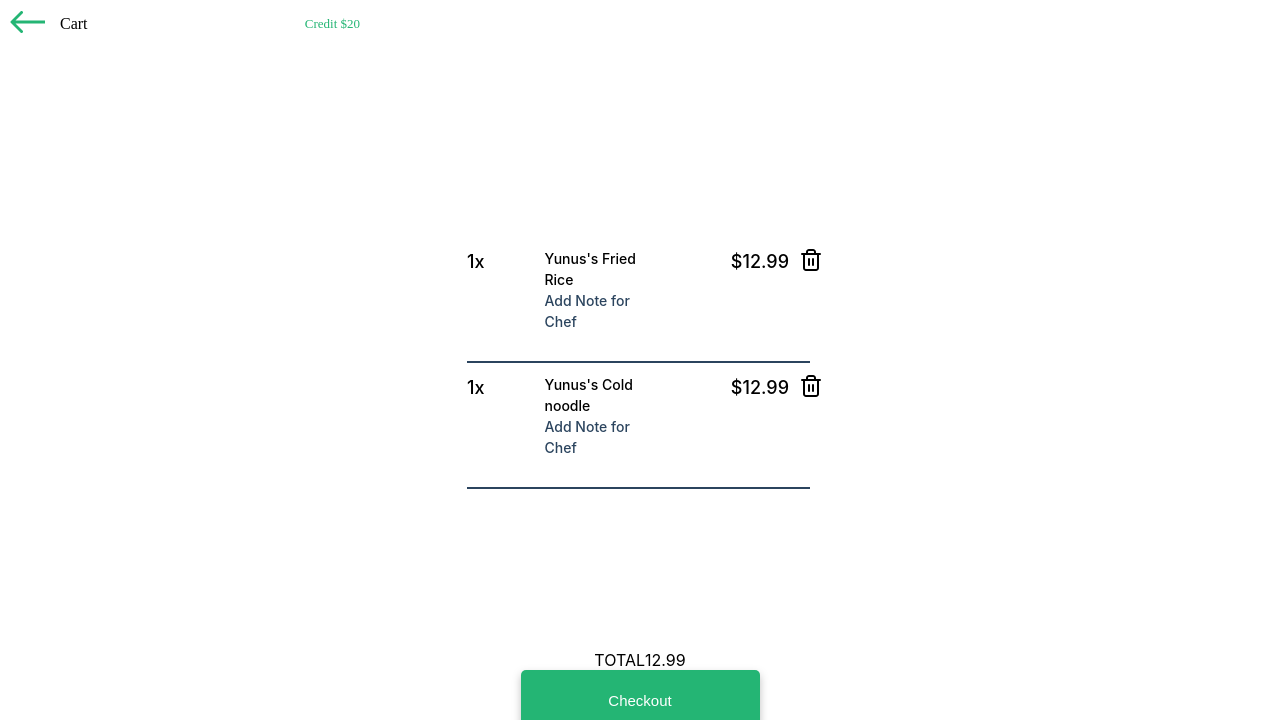
Repository: nguyenlejoe/HomeChef
Page: /OrderConfirmation (app in app/)
The author's editor kept a copy of each file at every save. The page is drawn from the files as they stood at one save, then again after the next save.
The browser window is 1280 px wide. The pictures show the whole page.
The project was rebuilt for these pictures with package versions that can differ from the ones it lists, and the page was loaded fresh each time.

Above is the page before, as saved 2020-11-06 13:25:16.

### app/src/App.js
import React from 'react';
//import logo from './logo.svg';
//import './App.css';
import Pages from './pages/Checkout';

function App() {
  return (
    <Pages />
  );
}

export default App;

### app/src/pages/Checkout.js
import React from 'react';
import './Checkout.scss';
import CheckoutItem from '../comps/CheckoutItem';
import Button from '../comps/MainButton';
import TopBar from '../comps/TopBar';

export default function CheckoutPage() {
  return<div className="app">
       <div className="cart">
           <TopBar text="Cart"></TopBar>
       </div>
       <div className="checkout">
           <div className="checkoutone">
           <CheckoutItem></CheckoutItem>
           </div>

           <CheckoutItem Itemnm="Yunus's Cold noodle"></CheckoutItem>

       </div>

        <div className="total">
            <div>TOTAL</div>
            <div>12.99</div>
        </div>
        <div className="button">
            <Button text="Checkout"></Button>
        </div>
    </div>
}

### app/src/pages/Checkout.scss
.app{
    width: 100vw;
    height:100vh;
    overflow-x: hidden;

}

.cart{
    margin-bottom: 200px;
}

.checkout{
    margin-bottom: 200px;
    display: flex;
    flex-direction: column;
    justify-content: center;
    align-items: center;
}

.checkoutone{
    margin-bottom: 50px;
}

.total{
    display: flex;
    justify-content: center;
}

.button{
    display: flex;
    justify-content: center;
}

### app/src/comps/CheckoutItem/index.js
import React from 'react';
import styled, {css} from 'styled-components';

const Checkoutitemcont = styled.div`

max-width:346px;
max-height:76px;


`
const Carttxt = styled.div`
display:flex;
flex-direction:row;
`
const Quantity = styled.div`
Margin-right: 60px;font-size: 18px;
font-style: normal;
font-weight: 500;
line-height: 27px;
letter-spacing: 0em;
text-align: left;

`

const ItemName = styled.div`
Margin-right: 90px;
font-size: 14px;
font-style: normal;
font-weight: 500;
line-height: 21px;
letter-spacing: 0em;
text-align: left;

`

const ChefNote = styled.div`
color: #2B445E;
cursor:pointer;

`

const Price = styled.div`
font-size: 18px;
font-style: normal;
font-weight: 500;
line-height: 27px;
letter-spacing: 0em;
text-align: left;

`

const Delete = styled.div`

`

const Bottomhr = styled.div`
height: 0px;
width: 341px;
border-radius: nullpx;
border: 1px solid #2B445E;
margin-top:29px;

`

const Iconcont = styled.div `
position:relative;
left:10px;
`









const CheckoutItem = ({Quant, Itemnm, Note, Pricetag,}) => {

    return <Checkoutitemcont>
            <Carttxt>
            <Quantity>{Quant}</Quantity>
            <ItemName>{Itemnm}<ChefNote>   {Note}</ChefNote></ItemName>
            <Price>{Pricetag}</Price>
            <Delete></Delete>
            <Iconcont>
            <img src="/trash-2.svg"/>
            </Iconcont>
            </Carttxt>
            <Bottomhr>

            </Bottomhr>
    </Checkoutitemcont>

}

CheckoutItem.defaultProps = {

    Quant:"1x",
    Itemnm:"Yunus's Fried Rice",
    Note:"Add Note for Chef",
    Pricetag:"$12.99",

}

export default CheckoutItem;

### app/src/comps/MainButton/index.js
import React from 'react';
import styled, {css} from 'styled-components';
import icon2 from '../../assets/DollarSign.png';

const ButtonContainer = styled.button`
    width: ${props =>props.width ? props.width : '239px'};
    height: ${props =>props.height ? props.height : '60px'};
    background-color: ${props =>props.bgcolor ? props.bgcolor : '#24B574'};
    border-radius: ${props =>props.radius ? props.radius : '5px'};
    display: flex;
    justify-content: center;
    align-items: center;
    filter: drop-shadow(0px 4px 4px rgba(0, 0, 0, 0.25));
    border:none;
`;

const ButtonText = styled.p`
    text-align: center;
    font-size: ${props =>props.fontSize ? props.fontSize : '15px'};;
    color:${props =>props.textColor ? props.textColor : '#FFFFFF'};
`;

const Icon = styled.div`
    ${() => css`
        background-image: url(${props =>props.icon1 ? props.icon1 : icon2});
        background-color:white;
        padding:10px;
        background-repeat: no-repeat;
        background-position: center;
        position:absolute;
        left: 0px;
        `}
    `;

const Button = ({text,textColor,bgcolor, width, height, radius, fontSize}) => {
    return <ButtonContainer bgcolor = {bgcolor} height={height} width={width} radius={radius}>
                <ButtonText fontSize={fontSize} textColor = {textColor}>{text}</ButtonText>
            </ButtonContainer>
}

ButtonText.defaultprops = {
    color:null,
}

export default Button;

### app/src/comps/TopBar/index.js
import React from 'react';
import styled from 'styled-components';


const TopBarContainer = styled.div`
   font-family: Poppins;
   display:flex;
   align-items:center;
   width:350px;
   padding:10px;
   position:relative;
`;

const LeftArrowImg = styled.div`
    margin-right:15px;
`;

const TopLeftText = styled.div`
    display:flex;

`;

const CreditText = styled.div`
   color:#24B574;
   font-size:13px;
   position:absolute;
   right:10px;
`;


const TopBar = ({text}) => {

    return <TopBarContainer>
            <LeftArrowImg><img src='/leftarrow.png' /></LeftArrowImg>
            <TopLeftText>{text}</TopLeftText>
            <CreditText>Credit $20</CreditText>
        </TopBarContainer>
}

TopBar.defaultProps = {

}

export default TopBar;

Loaded but not shown: app/public/index.html (common file); app/src/index.js (common file); app/src/index.css (common file); app/src/serviceWorker.js (common file)

After the next save:
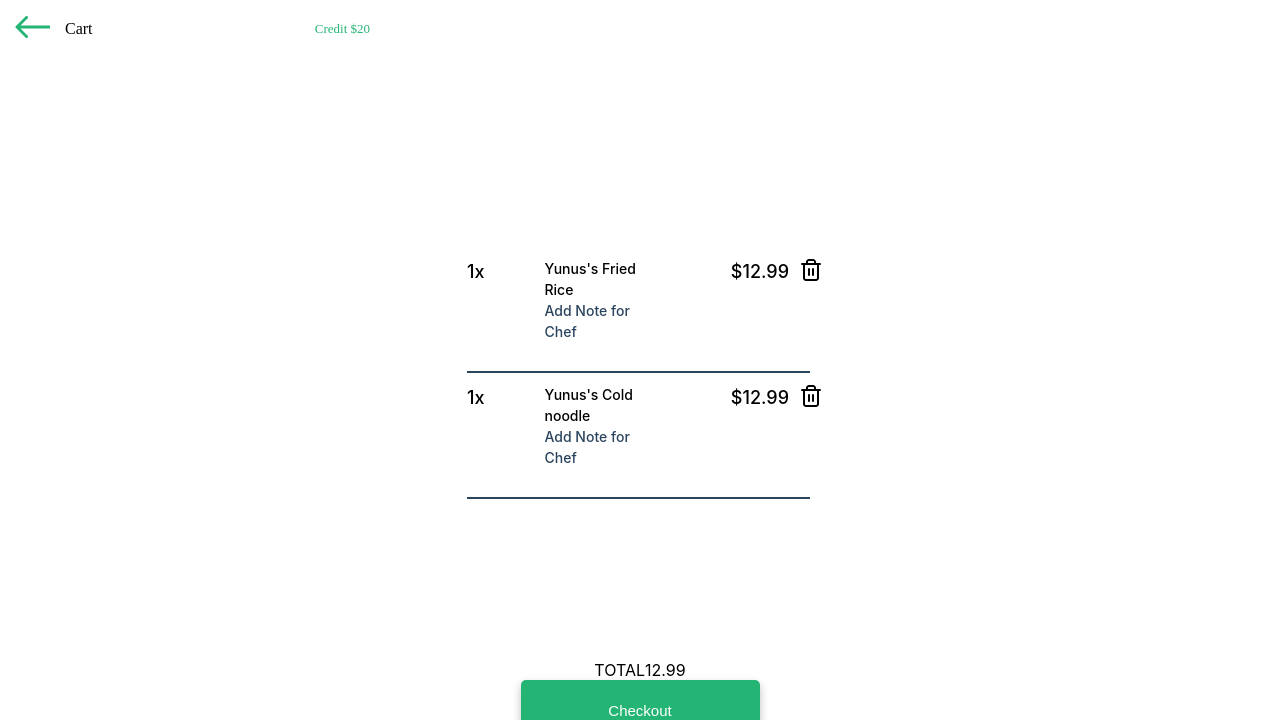
Saved 30 s later.
--- a/app/src/comps/TopBar/index.js
+++ b/app/src/comps/TopBar/index.js
@@ -7,7 +7,7 @@ const TopBarContainer = styled.div`
    display:flex;
    align-items:center;
    width:350px;
-   padding:10px;
+   padding:15px;
    position:relative;
 `;
 
